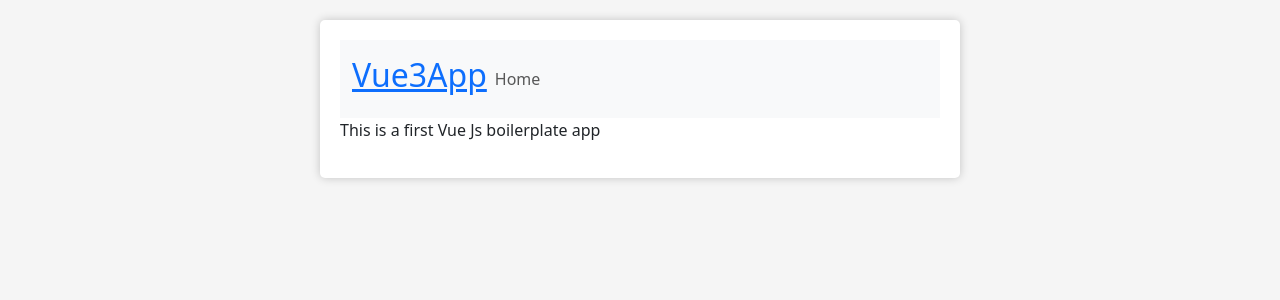
Repository: feyroozecode/intro-vue3-app
Page: index.html
The author's editor kept a copy of each file at every save. The page is drawn from the files as they stood at one save, then again after a run of saves.
The browser window is 1280 px wide. The pictures show the whole page.

Above is the page before, as saved 2023-08-14 08:43:17.

After the next 3 saves:
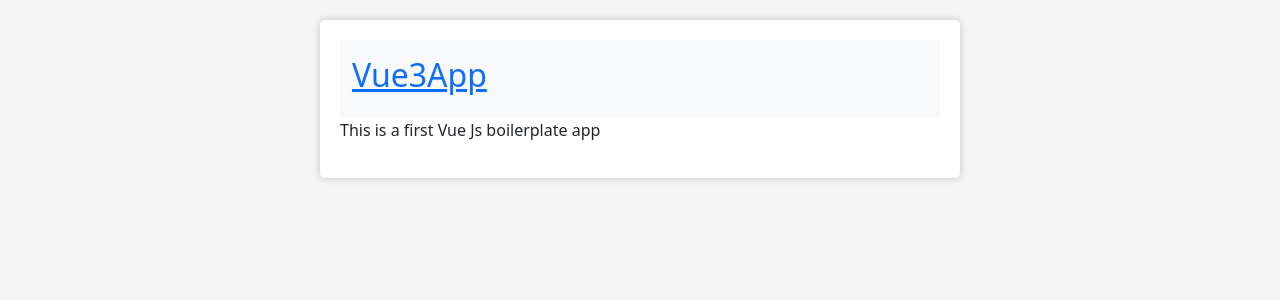
The 3 saves are shown as one change because they came seconds apart.
The last was saved 11 s later.
--- a/index.html
+++ b/index.html
@@ -30,7 +30,9 @@
             <div class="container-fluid">
                 <a href="#" class="navbar brand"> <h2> {{ title }} </h2> </a>
                 <ul class="navbar-nav me-auto mb-2 mb-lg-0 ml-5">
-                    <a class="nav-link" aria-current="page" href="#"> {{ links[0] }} </a>
+                   <li v-for>
+
+                   </li>
 
                 </ul>
             </div>
